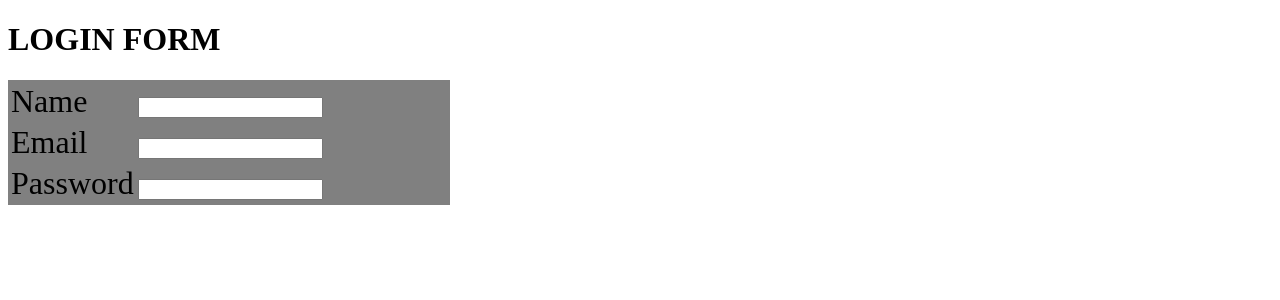
Repository: obusakthi539/Loginform
Page: Login.html
These files come from the project's save history. The page is drawn as it stood at one moment and after the next save; the edit follows.
The browser window is 1280 px wide. The pictures show the whole page.

Above is the page before, as saved 2025-01-10 17:56:23.

### Login.html
<!DOCTYPE html>
<html lang="en">
<head>
    <meta charset="UTF-8">
    <meta name="viewport" content="width=device-width, initial-scale=1.0">
    <title>Document</title>
    <style>
        .a{
            background-color:gray;
            font-size: xx-large;
            width: 35%;

        }
    </style>
</head>
<body>

    <h1>LOGIN FORM</h1>
    <div class="a">
        <form action=""></form>
        <table>
            <tr>
                <td> <label for="">Name</label></td>
                <td><input type="text"></td>
            </tr>
            <tr>
                <td><label for="">Email</label></td>
                <td><input type="text"></td>
            </tr>
            <tr>
                <td> <label for="">Password</label></td>
                <td><input type="text"></td>
            </tr>
        </table>
    </div>
</body>
</html>

After the next save:
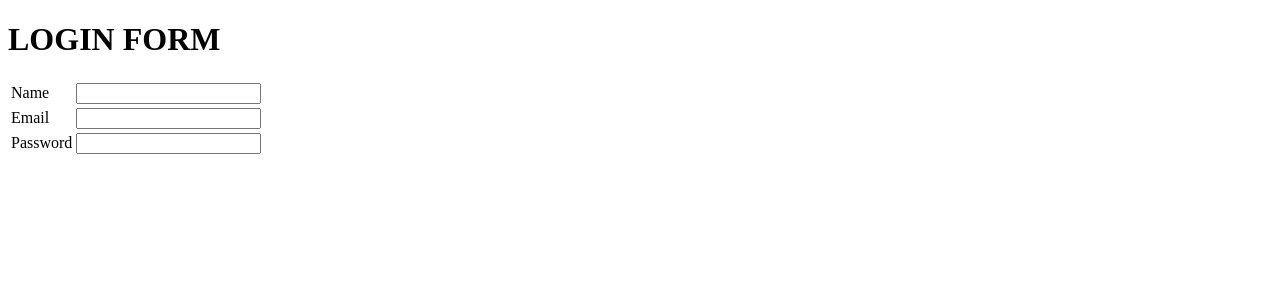
Saved 6 s later.
--- a/Login.html
+++ b/Login.html
@@ -5,6 +5,7 @@
     <meta name="viewport" content="width=device-width, initial-scale=1.0">
     <title>Document</title>
     <style>
+        b
         .a{
             background-color:gray;
             font-size: xx-large;

After the 2 saves that followed:
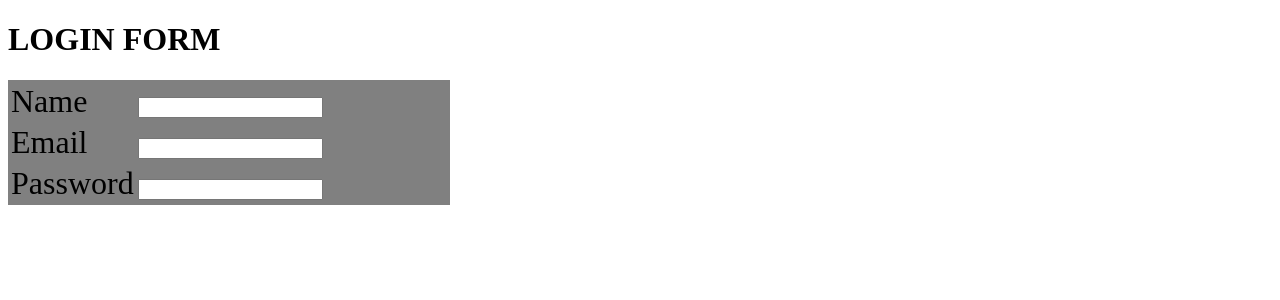
The 2 saves are shown as one change because they came seconds apart.
The last was saved 6 s later.
--- a/Login.html
+++ b/Login.html
@@ -5,7 +5,9 @@
     <meta name="viewport" content="width=device-width, initial-scale=1.0">
     <title>Document</title>
     <style>
-        b
+        body{
+
+        }
         .a{
             background-color:gray;
             font-size: xx-large;
